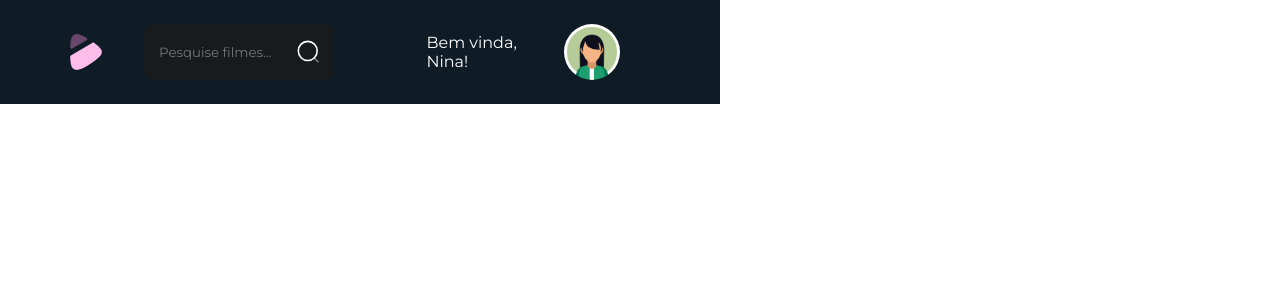
Repository: MilenaMelo/Cubos-Flix
Page: / (app in cubos-flix/)
These files come from the project's save history. The page is drawn as it stood at one moment and after the next save; the edit follows.
The browser window is 1280 px wide. The pictures show the whole page.
The project was rebuilt for these pictures with package versions that can differ from the ones it lists, and the page was loaded fresh each time.

Above is the page before, as saved 2021-06-19 14:33:32.

### cubos-flix/public/index.html
<!DOCTYPE html>
<html lang="en">
  <head>
    <meta charset="utf-8" />
    <link rel="icon" href="%PUBLIC_URL%/favicon.ico" />
    <meta name="viewport" content="width=device-width, initial-scale=1" />
    <meta name="theme-color" content="#000000" />
    <meta
      name="description"
      content="Web site created using create-react-app"
    />
    <link rel="apple-touch-icon" href="%PUBLIC_URL%/logo192.png" />
    <link rel="manifest" href="%PUBLIC_URL%/manifest.json" />
    <title>Cubos Flix</title>
  </head>
  <body>
    <noscript>You need to enable JavaScript to run this app.</noscript>
    <div id="root"></div>

  </body>
</html>

### cubos-flix/src/App.js
import './App.css';
import Navbar from './components/Navbar';

function App() {
  return (
    <div className="app">
      <header className="header">
        <Navbar/>
      </header>
      <section className="content">

      </section>
      <section className="side-content">

      </section>
    </div>
  );
}

export default App;

### cubos-flix/src/App.css
@import url('https://fonts.googleapis.com/css2?family=Montserrat:wght@400;600;800&display=swap');

/* ----------- SCREEN ----------- */
* {
    margin: 0px;
    font-family: 'Montserrat', sans-serif;
    color: #FFFFFF;
}

/* ----------- APPLICATION ----------- */

.app {
    background-color: #1D2226;
    width: 100vh;
}

### cubos-flix/src/components/Navbar/index.js
import './style.css'
import logo from '../../assets/images/logo.svg'
import search_icon from '../../assets/images/search-icon.svg'
import profile_img from '../../assets/images/profile.jpg'


function Navbar() {
    return (
        <header className='navbar'>
            <img className='logo' src={logo} alt="logo"/>
            <div className='search-container'>
                <input className='search-input' type="text" name="Pesquisa" placeholder="Pesquise filmes..."/>
                <img className='search-img' src={search_icon} alt="Input de pesquisa"/>
            </div>
            <div className='profile-container'>
                <span>Bem vinda, Nina!</span>
                <img className='profile-img' src={profile_img} alt="Foto de perfil"/>
            </div>
        </header>
    );
}

export default Navbar;

### cubos-flix/src/components/Navbar/style.css
/* ----------- NAVBAR ----------- */

.navbar {
    display: flex;
    padding: 24px 100px 24px 70px;
    background: #0F1C26;
}

/* ----------- LOGO ----------- */

.logo {
    margin-right: 42px;
}

/* ----------- SEARCH ----------- */

.search-container {
    display: flex;
    flex-grow: 1;
    position: relative;
    margin-right: 92px;
}

.search-input {
    width: 100%;
    outline: 0;
    padding: 16px 14px;
    border-radius: 10px;
    border: 1px solid transparent;
    background: #171B1E;
}

.search-input:hover {
    border: 1px solid #8C8C8C;
}

.search-input:focus {
    border: 1px solid #FDFDFD;
}

.search-img {
    height: 24px;
    cursor: pointer;
    align-self: center;
    position: absolute;
    right: 15px;
}

/* ----------- PROFILE ----------- */

.profile-container {
    display: flex;
    align-items: center;
    gap: 10px;
}

.profile-img {
    height: 56px;
    border-radius: 50%;
}

Loaded but not shown: cubos-flix/src/index.js (common file)

After the next save:
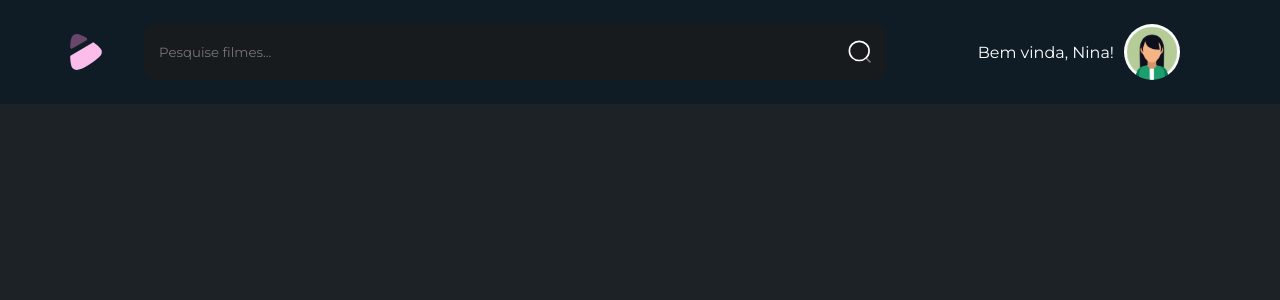
Saved 5 s later.
--- a/cubos-flix/src/App.css
+++ b/cubos-flix/src/App.css
@@ -11,5 +11,5 @@
 
 .app {
     background-color: #1D2226;
-    width: 100vh;
+    height: 100vh;
 }
